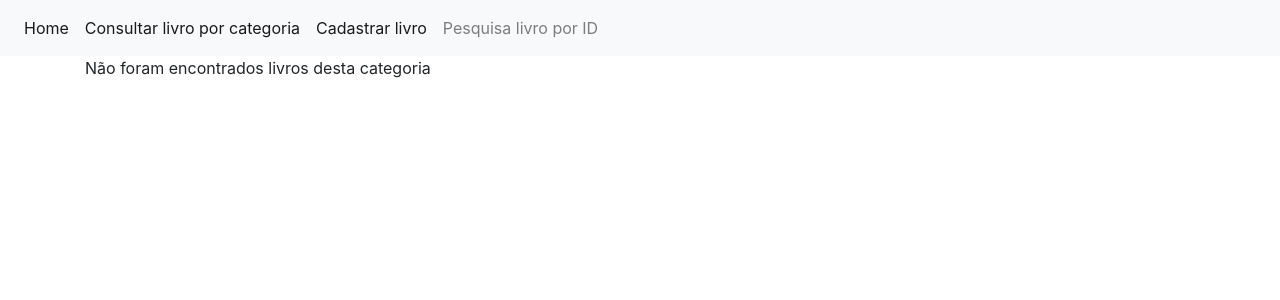
Repository: SrtaVerdant/projeto-livraria
Page: http://localhost/ProjetoLivraria/consultaLivroPorCategoria.jsp
The author's editor kept a copy of each file at every save. The page is drawn from the files as they stood at one save, then again after the next save.
The browser window is 1280 px wide. The pictures show the whole page.
Some web libraries are served in a nearby version. The page is served by Tomcat 9. Queries for data that is not in the repository find no rows.

Above is the page before, as saved 2022-10-30 14:52:33.

After the next save:
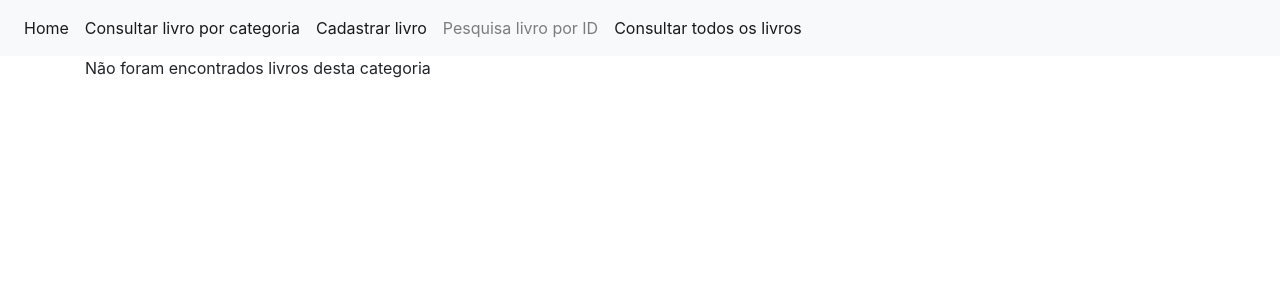
Saved 39 s later.
--- a/ProjetoLivraria/src/main/webapp/consultaLivroPorCategoria.jsp
+++ b/ProjetoLivraria/src/main/webapp/consultaLivroPorCategoria.jsp
@@ -27,7 +27,10 @@
 		        	<a class="nav-link" href="adicionar.jsp">Cadastrar livro</a>
 		      	</li>
 		      	<li class="nav-item">
-		        	<a class="nav-link" href="#">Pesquisa livro por ID</a>
+		        	<a class="nav-link" href="pesquisaLivroPorId.jsp">Pesquisa livro por ID</a>
+		      	</li>
+		      	<li class="nav-item active">
+		        	<a class="nav-link" href="consultar.jsp">Consultar todos os livros</a>
 		      	</li>
 		    </ul>
 		  </div>
@@ -70,8 +73,8 @@
 						<td>${livro.getAutor()}</td>
 						<td>${livro.getCategoria()}</td>
 						<td>${livro.getPreco()}</td>
-						<td> <a href="editar.jsp?codlivro=${livro.getCodlivro()}">Editar</a> </td>
-						<td> <a href="excluir/${livro.getCodlivro()}">Excluir</a> </td>
+						<td><a href="editar.jsp?codlivro=${livro.getCodlivro()}"><input type="button" value="Editar"></a></td>
+						<td><a href="deletar.jsp?codlivro=${livro.getCodlivro()}"><input type="button" value="Deletar"></a></td>
 					</tr>
 				</c:forEach>
 			</table>
